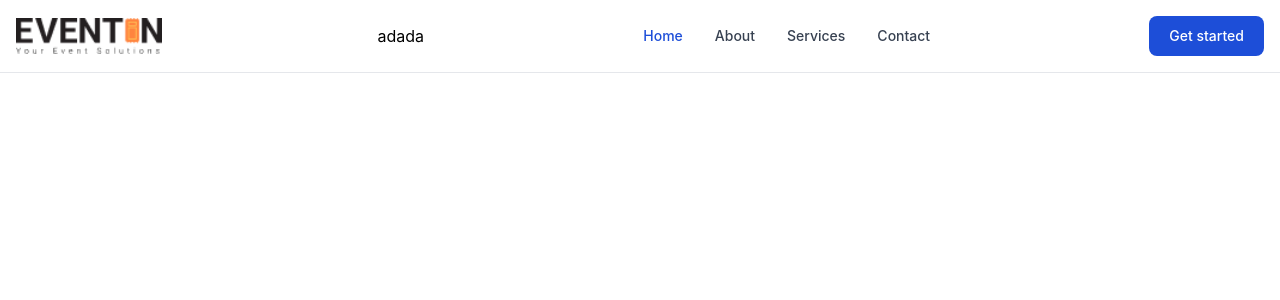
Repository: farrelmuhammad/eventon-indobild
Page: /
The author's editor kept a copy of each file at every save. The page is drawn from the files as they stood at one save, then again after the next save.
The browser window is 1280 px wide. The pictures show the whole page.
The project was rebuilt for these pictures with package versions that can differ from the ones it lists, and the page was loaded fresh each time. Also part of the build but not shown: src/App.css.

Above is the page before, as saved 2023-02-07 15:36:45.

After the next save:
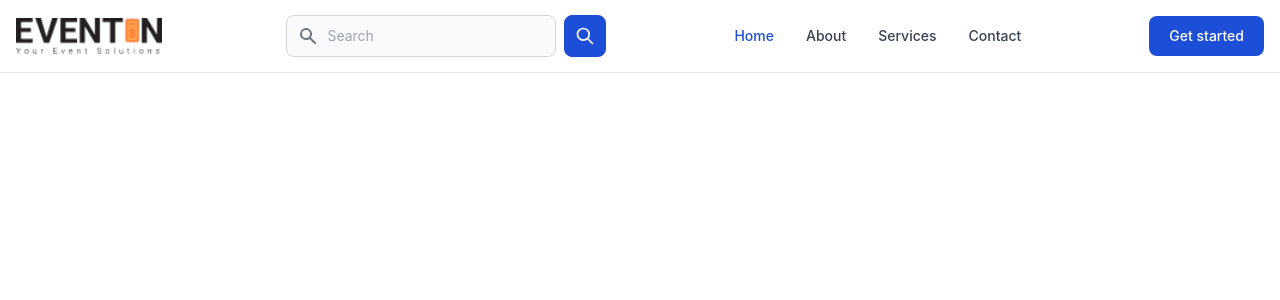
Saved 94 s later.
--- a/src/components/Navbar.jsx
+++ b/src/components/Navbar.jsx
@@ -9,7 +9,21 @@ const Navbar = () => {
                 <a href="https://flowbite.com/" class="flex items-center">
                     <img src={Logo} class="h-6 mr-3 sm:h-9" alt="Eventon Logo" />
                 </a>
-                adada
+
+                <form class="flex items-center">
+                    <label for="simple-search" class="sr-only">Search</label>
+                    <div class="relative w-full">
+                        <div class="absolute inset-y-0 left-0 flex items-center pl-3 pointer-events-none">
+                            <svg aria-hidden="true" class="w-5 h-5 text-gray-500 dark:text-gray-400" fill="currentColor" viewBox="0 0 20 20" xmlns="http://www.w3.org/2000/svg"><path fill-rule="evenodd" d="M8 4a4 4 0 100 8 4 4 0 000-8zM2 8a6 6 0 1110.89 3.476l4.817 4.817a1 1 0 01-1.414 1.414l-4.816-4.816A6 6 0 012 8z" clip-rule="evenodd"></path></svg>
+                        </div>
+                        <input type="text" id="simple-search" class="bg-gray-50 border border-gray-300 text-gray-900 text-sm rounded-lg focus:ring-blue-500 focus:border-blue-500 block w-full pl-10 p-2.5" placeholder="Search" />
+                    </div>
+                    <button type="submit" class="p-2.5 ml-2 text-sm font-medium text-white bg-blue-700 rounded-lg border border-blue-700 hover:bg-blue-800 focus:ring-4 focus:outline-none focus:ring-blue-300">
+                        <svg class="w-5 h-5" fill="none" stroke="currentColor" viewBox="0 0 24 24" xmlns="http://www.w3.org/2000/svg"><path stroke-linecap="round" stroke-linejoin="round" stroke-width="2" d="M21 21l-6-6m2-5a7 7 0 11-14 0 7 7 0 0114 0z"></path></svg>
+                        <span class="sr-only">Search</span>
+                    </button>
+                </form>
+
                 <div class="flex md:order-2">
                     <button type="button" class="text-white bg-blue-700 hover:bg-blue-800 focus:ring-4 focus:outline-none focus:ring-blue-300 font-medium rounded-lg text-sm px-5 py-2.5 text-center mr-3 md:mr-0">Get started</button>
                     <button data-collapse-toggle="navbar-sticky" type="button" class="inline-flex items-center p-2 text-sm text-gray-500 rounded-lg md:hidden hover:bg-gray-100 focus:outline-none focus:ring-2 focus:ring-gray-200" aria-controls="navbar-sticky" aria-expanded="false">
